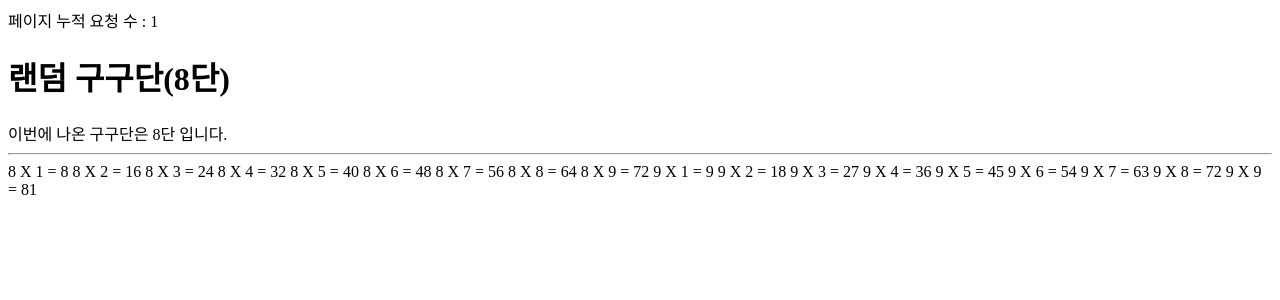
Repository: GITJIWOO/JavaBasic
Page: http://localhost/JSPBasic/Tag_quiz02.jsp
The author's editor kept a copy of each file at every save. The page is drawn from the files as they stood at one save, then again after the next save.
The browser window is 1280 px wide. The pictures show the whole page.
The page is served by Tomcat 9.

Above is the page before, as saved 2021-07-29 07:51:12.

### JSPBasic/WebContent/Tag_quiz02.jsp
<%@ page language="java" contentType="text/html; charset=UTF-8"
    pageEncoding="UTF-8"%>
<%!
	int total = 0;
%>
<!DOCTYPE html>
<html>
<head>
<meta charset="UTF-8">
<title>Insert title here</title>
</head>
<body>
	<%
		total++;
		out.println("페이지 누적 요청 수 : " + total);
		if(total == 10){
			out.println("매 <br>10</br>번째 방문자에게는 기프티콘을 드립니다.");
			out.println("당첨되셧습니다!!");
		}
		int ranNum = (int)((Math.random() * 2) + 7);
		out.println("<h1>랜덤 구구단(" + ranNum + "단)</h1>");
		out.println("이번에 나온 구구단은 " + ranNum + "단 입니다.<hr/>");

		for(int i = ranNum; i <= 9; i++){
			for(int j = 1; j <= 9; j++){
				out.println(i + " X " + j + " = " + (i * j));
			}
		}
	%>
</body>
</html>

After the next save:
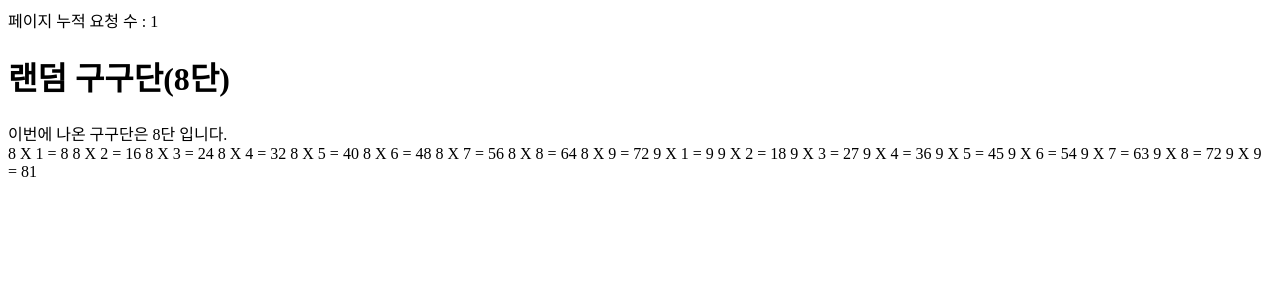
Saved 5 s later.
--- a/JSPBasic/WebContent/Tag_quiz02.jsp
+++ b/JSPBasic/WebContent/Tag_quiz02.jsp
@@ -19,7 +19,7 @@
 		}
 		int ranNum = (int)((Math.random() * 2) + 7);
 		out.println("<h1>랜덤 구구단(" + ranNum + "단)</h1>");
-		out.println("이번에 나온 구구단은 " + ranNum + "단 입니다.<hr/>");
+		out.println("이번에 나온 구구단은 " + ranNum + "단 입니다.<br/>");
 
 		for(int i = ranNum; i <= 9; i++){
 			for(int j = 1; j <= 9; j++){
